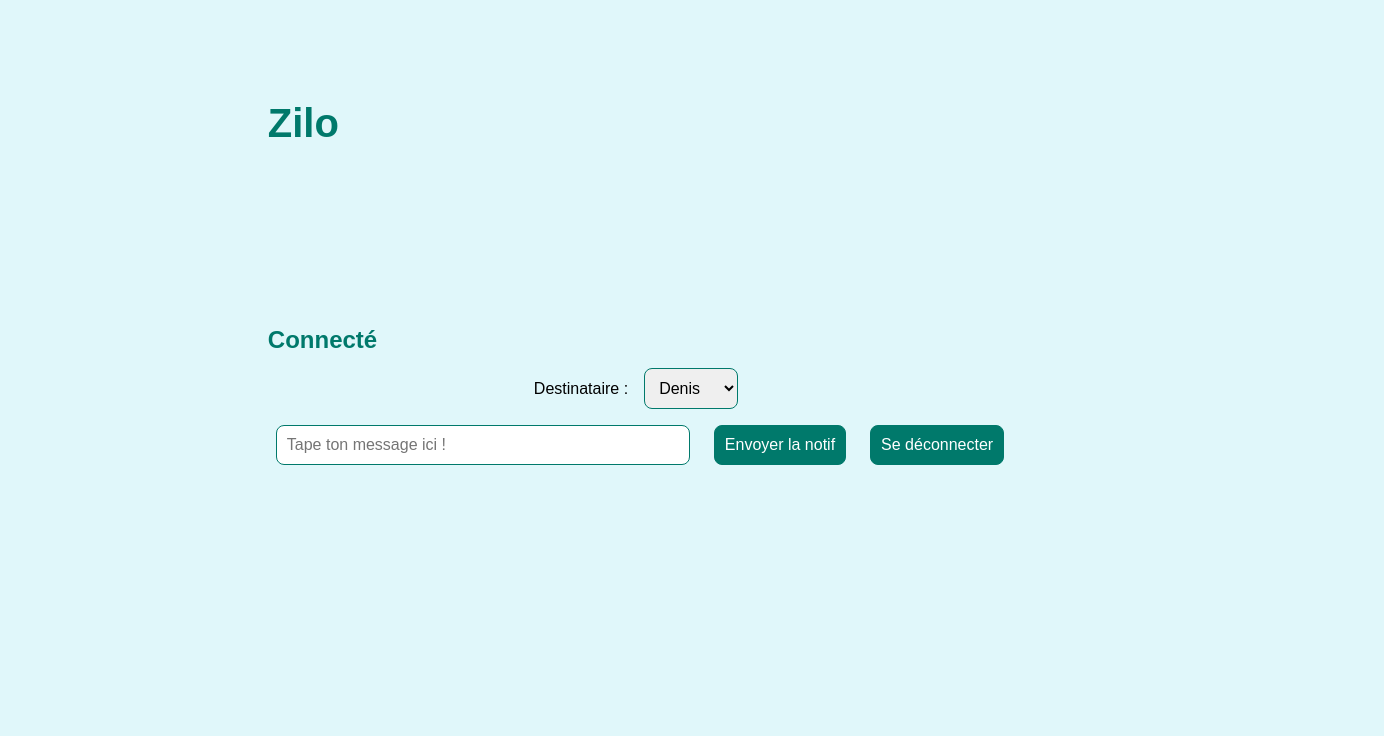
Repository: nlagardere/LumoNet
Page: public/index.html
The author's editor kept a copy of each file at every save. The page is drawn from the files as they stood at one save, then again after the next save.
The browser window is 1280 px wide. The page is 1280 px wide, then 1384 px, so the pictures cover 1384 px, including what lies to the right of the window. The pictures show the whole page.

Above is the page before, as saved 2025-08-18 20:00:36.

### public/index.html
<!DOCTYPE html>
<html lang="fr">
<head>
  <meta charset="UTF-8" />
  <meta name="viewport" content="width=device-width, initial-scale=1.0" />
  <title>Zilo</title>
  <style>
    body {
      font-family: Arial, sans-serif;
      display:flex; flex-direction:column;
      align-items:center; justify-content:center;
      height:100vh; background:#e0f7fa;
    }

    h1, h2 {
      color:#00796b;
      margin:6px 0;
    }

    select, input, button {
      margin:8px;
      padding:10px;
      font-size:16px;
      border-radius:8px;
      border:1px solid #00796b;
    }

    button {
      background:#00796b;
      color:#fff;
      cursor:pointer;
    }

    button:hover{
      background:#004d40;
    }

    .row{
      display:flex;
      gap:8px;
      flex-wrap:wrap;
      align-items:center;
      justify-content:center;
    }


     .card h1 {
      font-size:2.5em;
      margin-bottom:12px;
      position: relative;
      top: -80%;
      left: 50;
     }


  </style>
</head>
<body>
  <div class="card">
    <h1>Zilo</h1>
    <h2 id="welcome">Connecté</h2>

    <div class="row">
      <label for="recipient">Destinataire :</label>
      <select id="recipient">
        <option value="denis">Denis</option>
        <option value="nathan">Nathan</option>
      </select>
    </div>

    <div class="row">
      <input id="message" type="text" placeholder="Tape ton message ici !" size="40" />
      <button id="send">Envoyer la notif</button>
      <button id="logout">Se déconnecter</button>
    </div>
  </div>

  <script>
    const messageInput = document.getElementById('message');

    async function send(){
      const recipient = document.getElementById('recipient').value;
      const message = messageInput.value.trim();
      if(!message){ alert('Écris un message !'); return; }

      const res = await fetch('/api/send', {
        method:'POST', headers:{'Content-Type':'application/json'},
        body: JSON.stringify({ recipient, message })
      });
      const data = await res.json();
      if(data.ok){
        messageInput.value = '';
        alert('Notification envoyée !');
      } else {
        if(res.status === 401){
          // non connecté → renvoie vers la connexion
          window.location.href = '/login.html';
        } else {
          alert('Erreur : ' + (data.error||'inconnue'));
        }
      }
    }

    async function logout(){
      await fetch('/api/logout');
      window.location.href = '/login.html';
    }

    document.getElementById('send').addEventListener('click', send);
    document.getElementById('logout').addEventListener('click', logout);
    messageInput.addEventListener('keydown', e => { if(e.key==='Enter') send(); });
  </script>
</body>
</html>

After the next save:
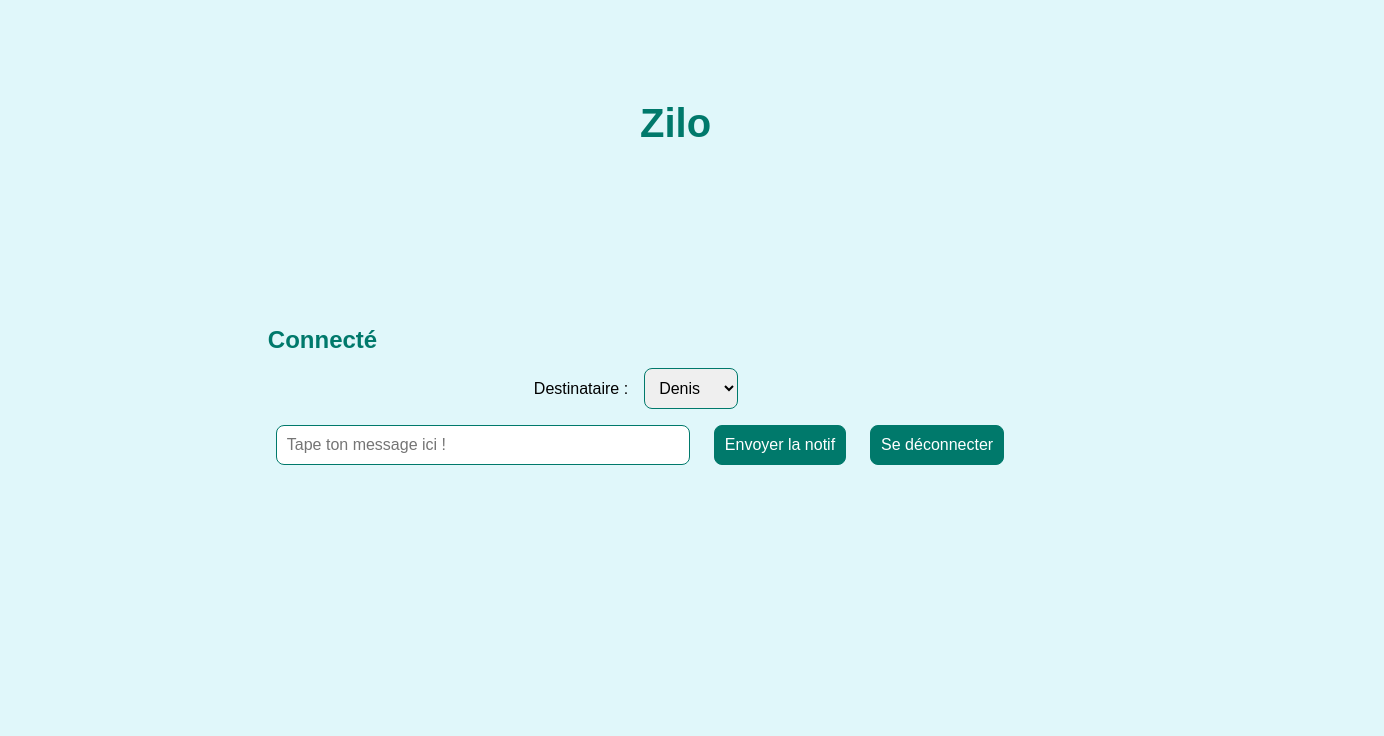
Saved 5 s later.
--- a/public/index.html
+++ b/public/index.html
@@ -49,7 +49,7 @@
       margin-bottom:12px;
       position: relative;
       top: -80%;
-      left: 50;
+      left: 50%;
      }
 
 
